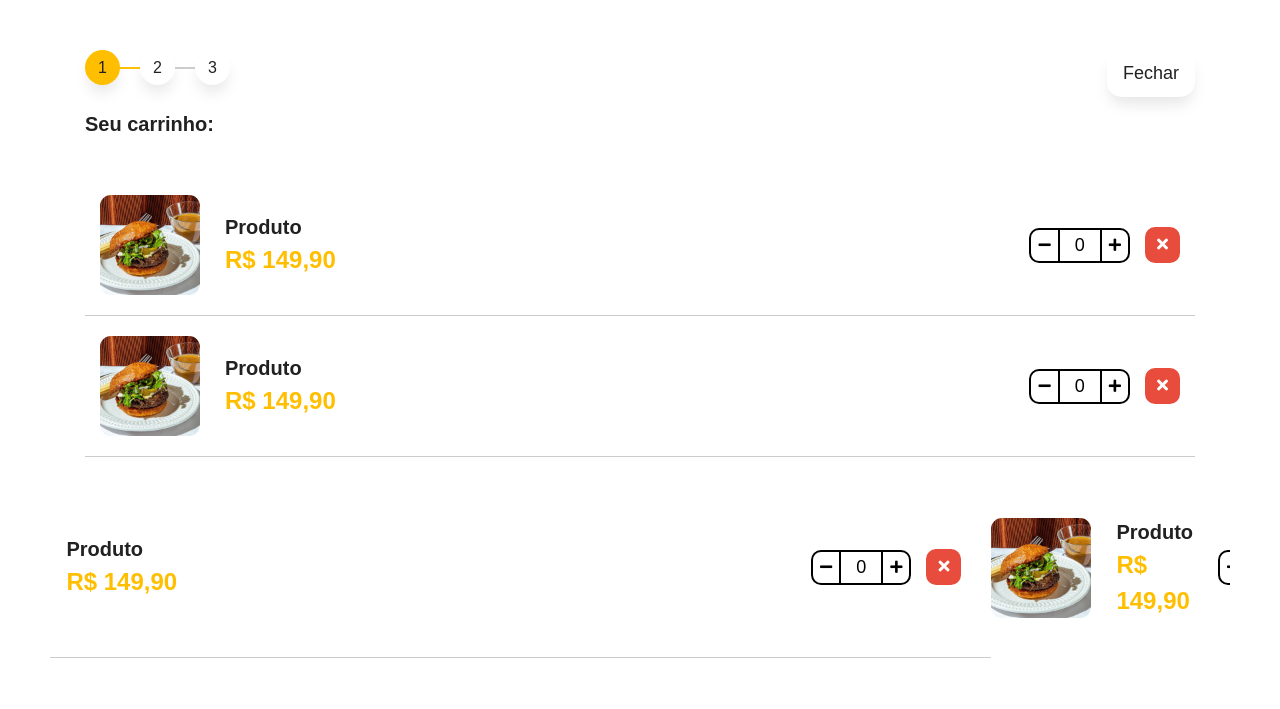
Repository: darkness318/restaraunt
Page: index.html
The author's editor kept a copy of each file at every save. The page is drawn from the files as they stood at one save, then again after the next save.
The browser window is 1280 px wide. The pictures show the window.
A layer covers the whole window, so only the first screen is drawn. An inner scrolling area shows only its first screen.

Above is the page before, as saved 2024-10-01 10:36:16.

### index.html
<!DOCTYPE html>
<html lang="pt-br">
  <head>
    <meta charset="UTF-8" />
    <meta name="viewport" content="width=device-width, initial-scale=1.0" />
    <title>Restaurente - Seja bem vindo!</title>
    <link rel="stylesheet" href="./css/bootstrap.min.css" />
    <link rel="stylesheet" href="./css/fontawesome.css" />
    <link rel="stylesheet" href="./css/main.css" />
  </head>

  <body>
    <section class="header">
      <div class="container">
        <nav class="navbar navbar-expand-lg pl-0 pr-0">
          <a class="navbar-brand" href="#">
            <img src="./img/logo.png" width="160" class="img-logo" />
          </a>
          <button
            class="navbar-toggler"
            type="button"
            data-toggle="collapse"
            data-target="#navbarNavDropdown"
          >
            <span class="navbar-toggler-icon">
              <i class="fas fa-bars"></i>
            </span>
          </button>
          <div class="collapse navbar-collapse" id="navbarNavDropdown">
            <ul class="navbar-nav ml-auto mr-auto">
              <li class="nav-item">
                <a href="#reservas" class="nav-link"><b>Reservas</b></a>
              </li>
              <li class="nav-item">
                <a href="#servicos" class="nav-link"><b>Serviços</b></a>
              </li>
              <li class="nav-item">
                <a href="#cardapio" class="nav-link"><b>Cardápio</b></a>
              </li>
              <li class="nav-item">
                <a href="#depoimentos" class="nav-link"><b>Depoimentos</b></a>
              </li>
            </ul>
            <a class="btn btn-white btn-icon">
              Meu carrinho
              <span class="icon">
                <i class="fa fa-shopping-bag"></i>
              </span>
            </a>
          </div>
        </nav>
      </div>
    </section>

    <section class="banner">
      <div class="container">
        <div class="row">
          <div class="col-6">
            <div class="d-flex text-banner">
              <h1>
                <b>Escolha sua comida <b class="color-primary">favorita.</b></b>
              </h1>
              <p>
                Aproveite nosso cardápio! Escolha o que desejar e receba em sua
                casa de forma rápida e segura.
              </p>
              <div>
                <a class="btn btn-yellow mt-4 mr-3"> Ver Cardápio </a>
                <a href="#" class="btn btn-white btn-icon-left mt-4">
                  <span class="icon-left">
                    <i class="fa fa-phone"></i>
                  </span>
                  (66) 9 9999-8888
                </a>
              </div>
            </div>
            <a class="btn btn-sm btn-white btn-social mt-4 mr-3">
              <i class="fab fa-instagram"></i>
            </a>
            <a class="btn btn-sm btn-white btn-social mt-4 mr-3">
              <i class="fab fa-facebook-f"></i>
            </a>
            <a class="btn btn-sm btn-white btn-social mt-4">
              <i class="fab fa-whatsapp"></i>
            </a>
          </div>
          <div class="col-6">
            <div class="card-banner"></div>
            <div class="d-flex img-banner">
              <img src="./img/burguer.png" />
            </div>
            <div class="card card-case">
              "Entrega rápida e funcionários simpáticos.
              <br />A comida chegou quente e <br />
              muito saborosa!"
              <span class="card-case-name">
                <b>Thiago Lopes</b>
              </span>
            </div>
          </div>
        </div>
      </div>
    </section>
    <section class="servicos" id="servicos">
      <div class="background-servicos"></div>

      <div class="container">
        <div class="class row">
          <div class="col-12 text-center mb-5">
            <span class="hint-title"><b>Serviços</b></span>
            <h1 class="title">
              <b>Como são nossos serviços?</b>
            </h1>
          </div>

          <div class="col-4 mb-5">
            <div class="card-icon text-center">
              <img src="./img/icone-pedido.svg" width="150 " />
            </div>

            <div class="card-text text-center mt-3">
              <p><b>Fácil de pedir</b></p>
              <span>
                Você só precisa de alguns passos para pedir sua comida.
              </span>
            </div>
          </div>

          <div class="col-4 mb-5">
            <div class="card-icon text-center">
              <img src="./img/icone-delivery.svg" width="250 " />
            </div>

            <div class="card-text text-center mt-3">
              <p><b>Entrega Rápida</b></p>
              <span> Nossa entrega é sempre pontual, rápida e segura. </span>
            </div>
          </div>

          <div class="col-4 mb-5">
            <div class="card-icon text-center">
              <img src="./img/icone-qualidade.svg" width="250 " />
            </div>

            <div class="card-text text-center mt-3">
              <p><b>Melhor qualidade</b></p>
              <span>
                Não só a rapidez na entrega, a qualidade também é o nosso forte.
              </span>
            </div>
          </div>
        </div>
      </div>
    </section>
    <section class="cardapio" id="cardapio">
      <div class="background-cardapio"></div>

      <div class="container">
        <div class="row">
          <div class="col-12 text-center mb-5">
            <span class="hint-title"><b>Cardápio</b></span>
            <h1 class="title">
              <b>Conheça o nosso Cardápio</b>
            </h1>
          </div>

          <div class="col-12 container-menu">
            <a class="btn btn-white btn-sm mr-3">
              <i class="fas fa-hamburger"></i>&nbsp;Burgers
            </a>
            <a class="btn btn-white btn-sm mr-3">
              <i class="fas fa-pizza-slice"></i>&nbsp;Pizzas
            </a>
            <a class="btn btn-white btn-sm mr-3">
              <i class="fas fa-drumstick-bite"></i>&nbsp;Churrasco
            </a>
            <a class="btn btn-white btn-sm mr-3">
              <i class="fas fa-bacon"></i>&nbsp;Steaks
            </a>
            <a class="btn btn-white btn-sm mr-3">
              <i class="fas fa-cocktail"></i>&nbsp;Bebidas
            </a>
            <a class="btn btn-white btn-sm mr-3">
              <i class="fas fa-ice-cream"></i>&nbsp;Sobremesas
            </a>
          </div>

          <div class="col-12">
            <div class="row" id="itensCardapio">
              <div class="col-3 mb-5">
                <div class="card card-item">
                  <div class="img-produto">
                    <img
                      src="./img/cardapio/burguers/burger-au-poivre-kit-4-pack.3ca0e39b02db753304cd185638dad518.jpg"
                    />
                  </div>
                  <p class="title-produto text-center mt-4">
                    <b>Nome do produto muito grande</b>
                  </p>
                  <p class="price-produto text-center">
                    <b>R$ 154,90</b>
                  </p>

                  <div class="add-carrinho">
                    <span class="btn-menos"><i class="fas fa-minus"></i></span>
                    <span class="btn-numero-itens">0</span>
                    <span class="btn-mais"><i class="fas fa-plus"></i></span>
                    <span class="btn btn-add"
                      ><i class="fa fa-shopping-bag"></i
                    ></span>
                  </div>
                </div>
              </div>

              <div class="col-3 mb-5">
                <div class="card card-item">
                  <div class="img-produto">
                    <img
                      src="./img/cardapio/burguers/burger-au-poivre-kit-4-pack.3ca0e39b02db753304cd185638dad518.jpg"
                    />
                  </div>
                  <p class="title-produto text-center mt-4">
                    <b>Nome do produto muito grande</b>
                  </p>
                  <p class="price-produto text-center">
                    <b>R$ 154,90</b>
                  </p>

                  <div class="add-carrinho">
                    <span class="btn-menos"><i class="fas fa-minus"></i></span>
                    <span class="btn-numero-itens">0</span>
                    <span class="btn-mais"><i class="fas fa-plus"></i></span>
                    <span class="btn btn-add"
                      ><i class="fa fa-shopping-bag"></i
                    ></span>
                  </div>
                </div>
              </div>

              <div class="col-3 mb-5">
                <div class="card card-item">
                  <div class="img-produto">
                    <img
                      src="./img/cardapio/burguers/burger-au-poivre-kit-4-pack.3ca0e39b02db753304cd185638dad518.jpg"
                    />
                  </div>
                  <p class="title-produto text-center mt-4">
                    <b>Nome do produto muito grande</b>
                  </p>
                  <p class="price-produto text-center">
                    <b>R$ 154,90</b>
                  </p>

                  <div class="add-carrinho">
                    <span class="btn-menos"><i class="fas fa-minus"></i></span>
                    <span class="btn-numero-itens">0</span>
                    <span class="btn-mais"><i class="fas fa-plus"></i></span>
                    <span class="btn btn-add"
                      ><i class="fa fa-shopping-bag"></i
                    ></span>
                  </div>
                </div>
              </div>

              <div class="col-3 mb-5">
                <div class="card card-item">
                  <div class="img-produto">
                    <img
                      src="./img/cardapio/burguers/burger-au-poivre-kit-4-pack.3ca0e39b02db753304cd185638dad518.jpg"
                    />
                  </div>
                  <p class="title-produto text-center mt-4">
                    <b>Nome do produto muito grande</b>
                  </p>
                  <p class="price-produto text-center">
                    <b>R$ 154,90</b>
                  </p>

                  <div class="add-carrinho">
                    <span class="btn-menos"><i class="fas fa-minus"></i></span>
                    <span class="btn-numero-itens">0</span>
                    <span class="btn-mais"><i class="fas fa-plus"></i></span>
                    <span class="btn btn-add"
                      ><i class="fa fa-shopping-bag"></i
                    ></span>
                  </div>
                </div>
              </div>
            </div>
          </div>
          <div class="col-12 text-center">
            <a class="btn btn-white btn-sm">Ver mais</a>
          </div>
        </div>
      </div>
    </section>
    <section class="depoimentos" id="depoimentos">
      <div class="background-depoimentos"></div>
      <div class="container">
        <div class="row">
          <div class="col-5 text-center">
            <div class="card-depoimentos"></div>
            <div class="d-flex img-banner">
              <img src="./img/pizzas.png" />
            </div>
          </div>

          <div class="col-7">
            <span class="hint-title"><b>Depoimentos</b></span>
            <h1 class="title">
              <b>O que dizem sobre nós</b>
            </h1>
            <div class="mb-5">
              <div class="depoimento" id="depoimento-1">
                <div class="container-dados-depoimento">
                  <div class="imagem-depoimento"></div>
                  <div>
                    <p class="nome-depoimento"><b>Diego Pereira</b></p>
                    <p class="nota-depoimento">
                      <i class="fas fa-star"></i>
                      <i class="fas fa-star"></i>
                      <i class="fas fa-star"></i>
                      <i class="fas fa-star"></i>
                      <i class="fas fa-star-half-alt"></i>&nbsp;
                      <span>4.5</span>
                    </p>
                  </div>
                </div>
                <p class="texto-depoimento">
                  <i class="fas fa-quote-left"></i>
                  <span>
                    Muito bom, recomendo demais! Comida muito bem feita pelo
                    chefe, atendimento dentro dos parâmetros e boa comunicação
                    com o cliente.
                  </span>
                  <i class="fas fa-quote-right"></i>
                </p>
              </div>

              <div class="depoimento hidden" id="depoimento-2">
                <div class="container-dados-depoimento">
                  <div class="imagem-depoimento"></div>
                  <div>
                    <p class="nome-depoimento"><b>Ana Beatriz</b></p>
                    <p class="nota-depoimento">
                      <i class="fas fa-star"></i>
                      <i class="fas fa-star"></i>
                      <i class="fas fa-star"></i>
                      <i class="fas fa-star"></i>
                      <i class="fas fa-star"></i>&nbsp; <span>5.0</span>
                    </p>
                  </div>
                </div>
                <p class="texto-depoimento">
                  <i class="fas fa-quote-left"></i>
                  <span>
                    Um jantar perfeito do começo ao fim. Comida, experiência,
                    serviço... foi tão maravilhoso que fomos dois dias seguidos
                    - fato inédito para mim em uma viagem.
                  </span>
                  <i class="fas fa-quote-right"></i>
                </p>
              </div>

              <div class="depoimento hidden" id="depoimento-3">
                <div class="container-dados-depoimento">
                  <div class="imagem-depoimento"></div>
                  <div>
                    <p class="nome-depoimento"><b>João Guilherme</b></p>
                    <p class="nota-depoimento">
                      <i class="fas fa-star"></i>
                      <i class="fas fa-star"></i>
                      <i class="fas fa-star"></i>
                      <i class="fas fa-star"></i>
                      <i class="far fa-star"></i>&nbsp; <span>4.0</span>
                    </p>
                  </div>
                </div>
                <p class="texto-depoimento">
                  <i class="fas fa-quote-left"></i>
                  <span>
                    A comida estava excelente e o serviço gentil nos
                    surpreendeu! Dica: reserve umas 3 horas para ter uma
                    experiência incrível.
                  </span>
                  <i class="fas fa-quote-right"></i>
                </p>
              </div>
            </div>

            <a class="btn btn-sm btn-white btn-social mr-3 active">1</a>
            <a class="btn btn-sm btn-white btn-social mr-3">2</a>
            <a class="btn btn-sm btn-white btn-social">3</a>
          </div>
        </div>
      </div>
    </section>
    <section class="reserva" id="reserva">
      <div class="container">
        <div class="row">
          <div class="col-12">
            <div class="card-secondary">
              <div class="row">
                <div class="col-7">
                  <span class="hint-title"><b>Reserva</b></span>
                  <h1 class="title">
                    <b>Quer reservar um horário?</b>
                  </h1>
                  <p class="pr-5">
                    Mande uma mensagem clicando no botão abaixo
                    <br />
                    Reserve sua data e horário de forma simples e rápida.
                  </p>
                  <a class="btn btn-yellow mt-4"> Fazer reserva </a>
                </div>

                <div class="col-5">
                  <div class="card-reserva"></div>
                  <div class="d-flex img-banner">
                    <img src="./img/icone-reserva.svg" />
                  </div>
                </div>
              </div>
            </div>
          </div>
        </div>
      </div>
    </section>

    <section class="footer">
      <div class="container">
        <div class="row">
          <div class="col-3 container-logo-footer">
            <img class="logo-footer" src="./img/logo.png" />
          </div>

          <div class="col-6 container-texto-footer">
            <p class="mb-0">
              <b>Menu On-line</b> &copy; Todos os direitos reservados
            </p>
          </div>

          <div class="col-3 container-redes-footer">
            <a class="btn btn-sm btn-white btn-social mr-3">
              <i class="fab fa-instagram"></i>
            </a>
            <a class="btn btn-sm btn-white btn-social mr-3">
              <i class="fab fa-facebook-f"></i>
            </a>
            <a class="btn btn-sm btn-white btn-social">
              <i class="fab fa-whatsapp"></i>
            </a>
          </div>
        </div>
      </div>
    </section>

    <div class="modal-full" id="modalCarrinho">
      <div class="m-header">
        <div class="container">
          <a class="btn btn-white btn-sm float-right"> Fechar </a>

          <div class="etapas">
            <div class="etapa etapa1 active">1</div>
            <div class="etapa etapa2">2</div>
            <div class="etapa etapa3">3</div>
          </div>
          <p class="title-carrinho mt-4">
            <b id="lblTituloEtapa">Seu carrinho:</b>
          </p>
        </div>
      </div>

      <div class="m-body">
        <div class="container">
          <div id="itensCarrinho" class="row mr-0 ml-0">
            <div class="col-12 item-carrinho">
              <div class="img-produto">
                <img
                  src="./img/cardapio/burguers/burger-au-poivre-kit-4-pack.3ca0e39b02db753304cd185638dad518.jpg"
                />
              </div>
              <div class="dados-produto">
                <p class="title-produto"><b>Produto</b></p>
                <p class="price-produto"><b>R$ 149,90</b></p>
              </div>
              <div class="add-carrinho">
                <span class="btn-menos"><i class="fas fa-minus"></i></span>
                <span class="btn-numero-itens">0</span>
                <span class="btn-mais"><i class="fas fa-plus"></i></span>
                <span class="btn btn-remove"><i class="fa fa-times"></i></span>
              </div>
            </div>
            <!-- segundo item do carrinho   -->
            <div class="col-12 item-carrinho">
              <div class="img-produto">
                <img
                  src="./img/cardapio/burguers/burger-au-poivre-kit-4-pack.3ca0e39b02db753304cd185638dad518.jpg"
                />
              </div>
              <div class="dados-produto">
                <p class="title-produto"><b>Produto</b></p>
                <p class="price-produto"><b>R$ 149,90</b></p>
              </div>
              <div class="add-carrinho">
                <span class="btn-menos"><i class="fas fa-minus"></i></span>
                <span class="btn-numero-itens">0</span>
                <span class="btn-mais"><i class="fas fa-plus"></i></span>
                <span class="btn btn-remove"><i class="fa fa-times"></i></span>
              </div>
            </div>

            <div class="col-12 item-carrinho">
              <div class="col-12 item-carrinho">
                <div class="col-12 item-carrinho">
              <div class="img-produto">
                <img
                  src="./img/cardapio/burguers/burger-au-poivre-kit-4-pack.3ca0e39b02db753304cd185638dad518.jpg"
                />
              </div>
              <div class="dados-produto">
                <p class="title-produto"><b>Produto</b></p>
                <p class="price-produto"><b>R$ 149,90</b></p>
              </div>
              <div class="add-carrinho">
                <span class="btn-menos"><i class="fas fa-minus"></i></span>
                <span class="btn-numero-itens">0</span>
                <span class="btn-mais"><i class="fas fa-plus"></i></span>
                <span class="btn btn-remove"><i class="fa fa-times"></i></span>
              </div>
            </div>
              </div>
              <div class="img-produto">
                <img
                  src="./img/cardapio/burguers/burger-au-poivre-kit-4-pack.3ca0e39b02db753304cd185638dad518.jpg"
                />
              </div>
              <div class="dados-produto">
                <p class="title-produto"><b>Produto</b></p>
                <p class="price-produto"><b>R$ 149,90</b></p>
              </div>
              <div class="add-carrinho">
                <span class="btn-menos"><i class="fas fa-minus"></i></span>
                <span class="btn-numero-itens">0</span>
                <span class="btn-mais"><i class="fas fa-plus"></i></span>
                <span class="btn btn-remove"><i class="fa fa-times"></i></span>
              </div>
            </div>
            </div>
              <div class="img-produto">
                <img
                  src="./img/cardapio/burguers/burger-au-poivre-kit-4-pack.3ca0e39b02db753304cd185638dad518.jpg"
                />
              </div>
              <div class="dados-produto">
                <p class="title-produto"><b>Produto</b></p>
                <p class="price-produto"><b>R$ 149,90</b></p>
              </div>
              <div class="add-carrinho">
                <span class="btn-menos"><i class="fas fa-minus"></i></span>
                <span class="btn-numero-itens">0</span>
                <span class="btn-mais"><i class="fas fa-plus"></i></span>
                <span class="btn btn-remove"><i class="fa fa-times"></i></span>
              </div>
            </div>
          </div>

          <div id="localEntrega" class="row mr-0 ml-0 hidden"></div>

          <div id="resumoCarrinho" class="row mr-0 ml-0 hidden"></div>
        </div>
      </div>

      <div class="m-footer">
        <div class="container">
          <div class="container-total text-right mb-4 ">
            <p class="mb-0">
              <span>Subtotal</span>
              <span id="lblSubtotal">R$ 103,00</span>
            </p>
            <p class="mb-0 texto-entrega">
              <span><i class="fas fa-motorcycle"></i>Entrega:</span>
              <span id="lblValorEntrega">R$ 5,00</span>
            </p>
            <p class="mb-0 texto-total"></p>
              <span><b>Total:</b></span>
              <span class="valor-total" id="lblValorTotal"><b>R$ 108,00</b></span>
            </p>
          </div>
          <a class="btn btn-yellow float-right" id="btnEtapaPedido">Continuar</a>
          <a class="btn btn-yellow float-right hidden" id="btnEtapaEndereco">Revisar Pediro</a>
          <a class="btn btn-yellow float-right hidden" id="btnEtapaResumo">EnviarPedido</a>
          <a class="btn btn-white float-right mr-3" id="btnEtapaResumo">Voltar</a>
        </div>
      </div>
    </div>

    <script type="text/javascript" src="./js/jquery-1.12.4.min.js"></script>
    <script type="text/javascript" src="./js/modernizr-3.5.0.min.js"></script>
    <script type="text/javascript" src="./js/bootstrap.min.js"></script>
    <script type="text/javascript" src="./js/popper.min.js"></script>
  </body>
</html>

Loaded but not shown: css/bootstrap.min.css (library); css/fontawesome.css (library); js/jquery-1.12.4.min.js (library); js/modernizr-3.5.0.min.js (library); js/bootstrap.min.js (library); js/popper.min.js (library); css/main.css (621 lines, source omitted)

After the next save:
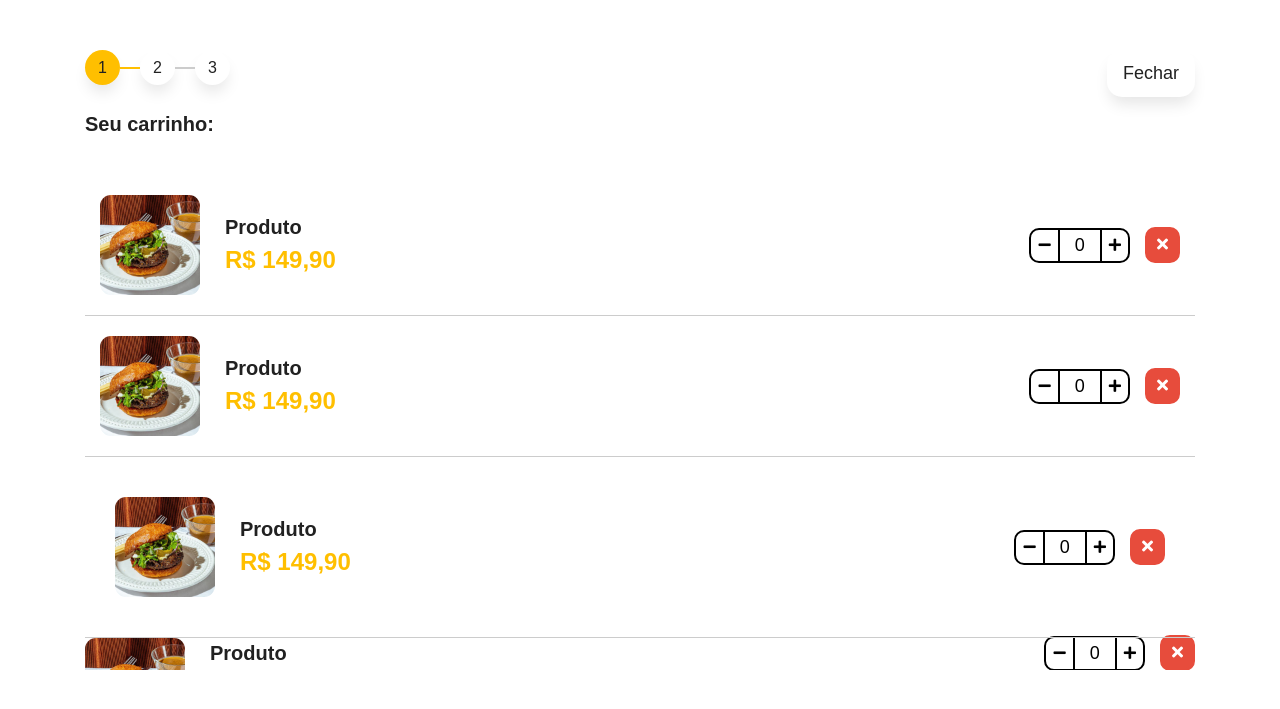
Saved 8 s later.
--- a/index.html
+++ b/index.html
@@ -512,24 +512,6 @@
 
             <div class="col-12 item-carrinho">
               <div class="col-12 item-carrinho">
-                <div class="col-12 item-carrinho">
-              <div class="img-produto">
-                <img
-                  src="./img/cardapio/burguers/burger-au-poivre-kit-4-pack.3ca0e39b02db753304cd185638dad518.jpg"
-                />
-              </div>
-              <div class="dados-produto">
-                <p class="title-produto"><b>Produto</b></p>
-                <p class="price-produto"><b>R$ 149,90</b></p>
-              </div>
-              <div class="add-carrinho">
-                <span class="btn-menos"><i class="fas fa-minus"></i></span>
-                <span class="btn-numero-itens">0</span>
-                <span class="btn-mais"><i class="fas fa-plus"></i></span>
-                <span class="btn btn-remove"><i class="fa fa-times"></i></span>
-              </div>
-            </div>
-              </div>
               <div class="img-produto">
                 <img
                   src="./img/cardapio/burguers/burger-au-poivre-kit-4-pack.3ca0e39b02db753304cd185638dad518.jpg"
